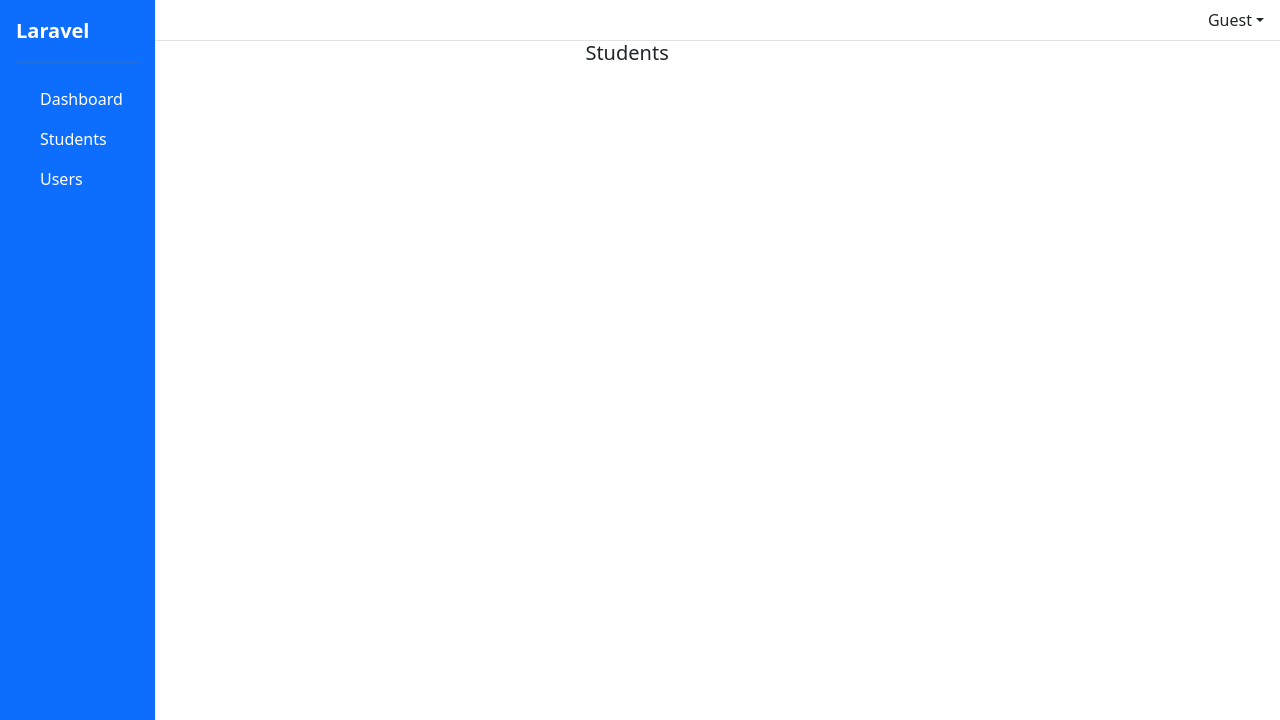
Repository: jaevoy2/lara_demo
Page: http://localhost/home
An editor plug-in stored every save of this project. The page is shown before and after the next save, followed by the edit.
The browser window is 1280 px wide. The pictures show the whole page.
The page is served by the project's Laravel application, run on PHP 8.4 with Laravel 12.

Above is the page before, as saved 2026-07-08 12:09:22.

After the next save:
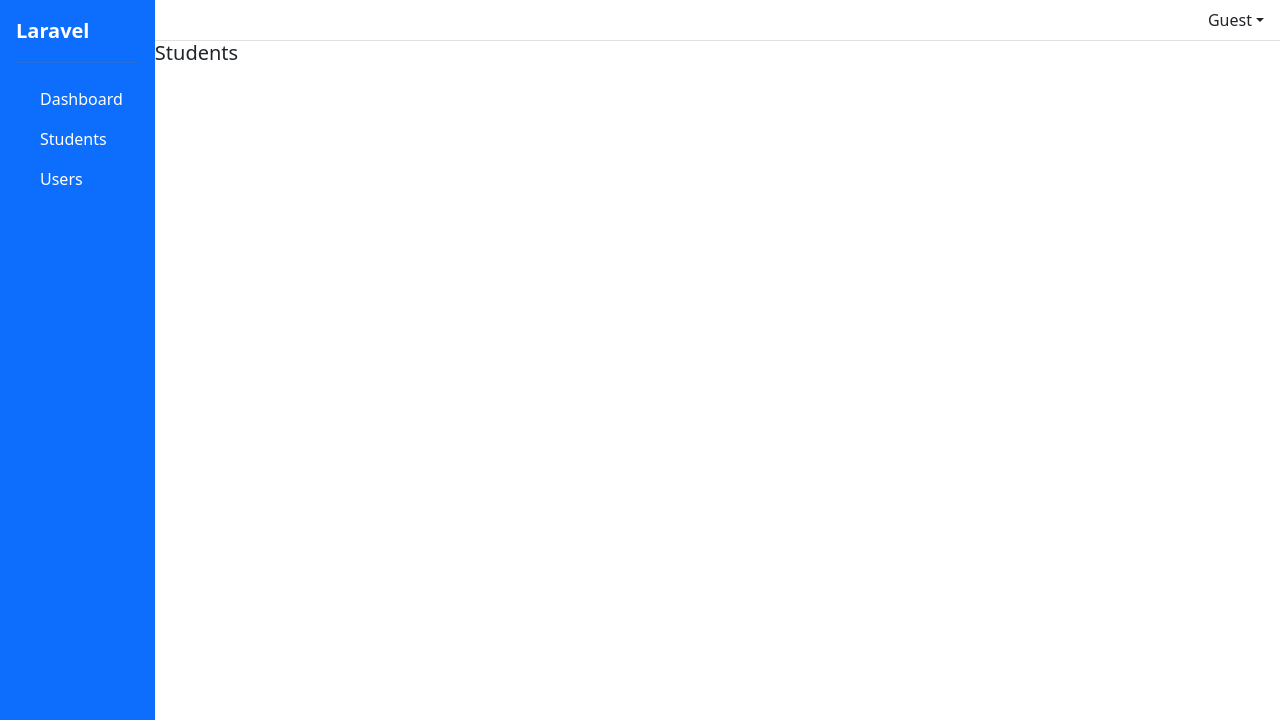
Saved 16 s later.
--- a/resources/views/home.blade.php
+++ b/resources/views/home.blade.php
@@ -2,10 +2,8 @@
 
 @section('content')
     <div>
-        <div class="container" style="width: 18rem;">
-            <h5>Students</h5>
+        <h5>Students</h5>
 
-        </div>
     </div>
 
     <script>
